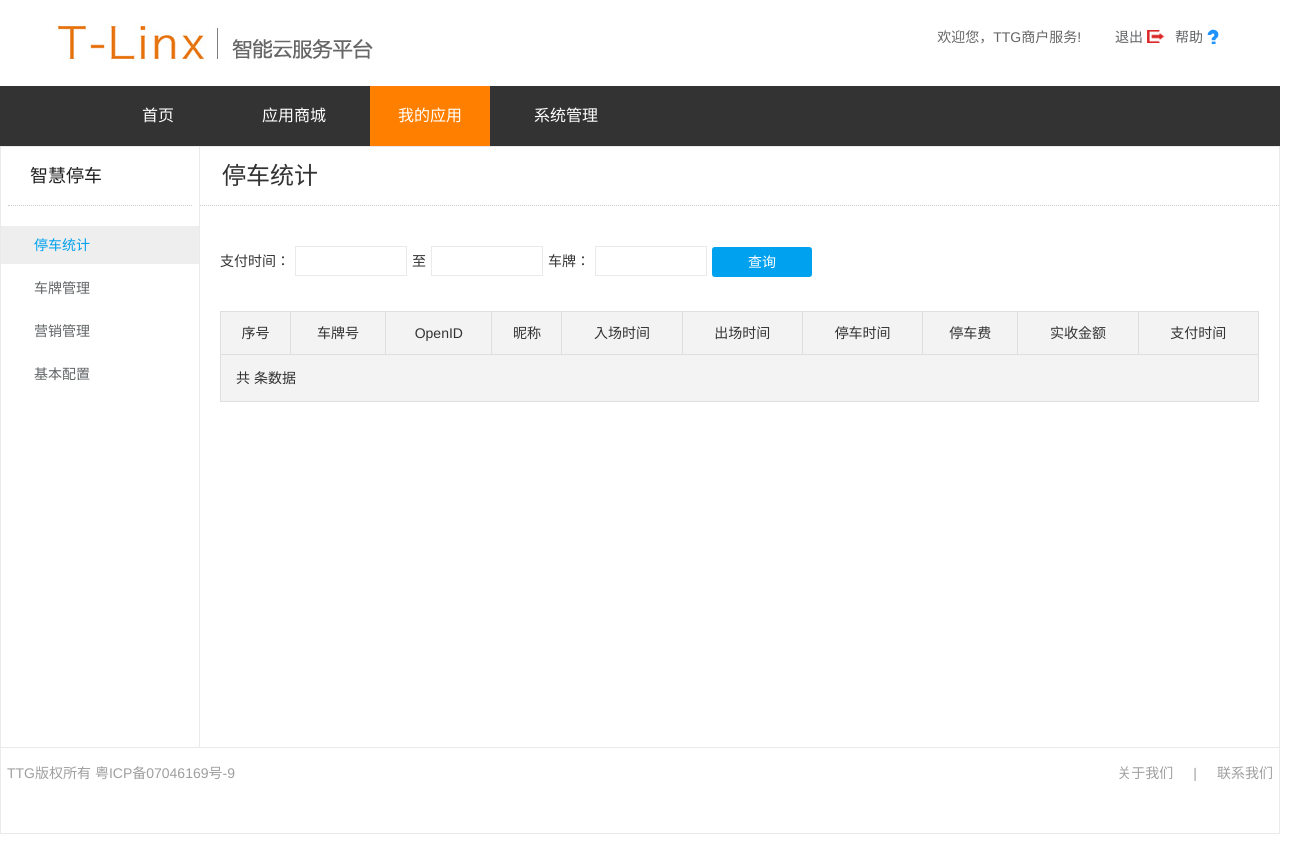
Repository: Keori/ParkCar
Page: admin/商户云/智慧停车/ParkComputed.html
An editor plug-in stored every save of this project. The page is shown before and after the next save, followed by the edit.
The browser window is 1280 px wide. The page is 1293 px wide, so the pictures cover 1293 px, including what lies to the right of the window. The pictures show the whole page.
The page's requests for data from a server got no answer.

Above is the page before, as saved 2018-12-24 11:52:16.

### admin/商户云/智慧停车/ParkComputed.html
<!DOCTYPE html>
<html lang="en">
<head>
    <meta charset="utf-8">
    <meta name="viewport" content="initial-scale=1.0,width=device-width" />
    <meta name="keywords" content="" />
    <meta name="description" content="" />
    <title>会员卡</title>
    <link href="../css/reset.css" type="text/css" rel="stylesheet"/>
    <link href="../css/layout.css" type="text/css" rel="stylesheet"/>
    <link href="../laydate/laydate.css" type="text/css" rel="stylesheet"/>
    <script type="text/javascript" src="../js/jquery-3.1.1.min.js"></script>
    <script type="text/javascript" src="../js/vue.js"></script>
</head>
<body>
<header class="header index_header">
    <div class="top w1170">
        <div class="logo"><i></i><img src="../images/logo.jpg" alt=""/></div>
        <div class="top_right">欢迎您，TTG商户服务! <span class="icon out_icon"><a href="">退出<code></code></a></span><span class="icon help_icon"><a href="">帮助<code></code></a></span></div>
    </div>

    <menu class="menu">
        <div class="w1170">
            <ul>
                <li><a href="">首页</a></li>
                <li><a href="">应用商城</a></li>
                <li class="on"><a href="">我的应用</a></li>
                <li><a href="">系统管理</a></li>
            </ul>
        </div>
    </menu>
</header>
<section id="content" class="content content1170">
    <aside class="left_con">
        <div class="left_con_tit borderb">智慧停车</div>

        <ul>
            <li class="on"><a href="">停车统计</a></li>
            <li><a href="ParkManage.html">车牌管理</a></li>
            <li>
                <h1><a class='pagetitle' href="javascript:;" @click='ManageType'>营销管理</a><i></i></a>
                <div class='secondary' v-show='type'>
                    <h2 :class="{active:changeGray===1}" @click='change(1)'>
                        <a class='nextselect' href="Manage.html">
                            <span class='blockText'>模板类型</span>
                        </a>
                    </h2>
                    <h2 :class="{active:changeGray===2}" @click='change(2)'>
                        <a class='nextselect' href="Manage2.html">
                            <span class='blockText'>广告类型</span>
                        </a>
                    </h2>
                </div>
            </li>
            <li><a href="Basic.html">基本配置</a></li>
        </ul>
    </aside>
    <section id="boxRight" class="boxRight">
        <div class="boxRight_tit f1 borderb">停车统计</div>
        <article class="boxRightCon">
            <div class="CommonInput viplist_formlist viplist_formlist_1">
                <ul>
                    <li>
                        <span class="name">支付时间：</span><input id='timeData' name="text" type="text" style="width:100px;" onclick="laydate()"/>
                    </li>
                    <li>
                        <span class="name">至</span><input id='timeData1' name="text" type="text" style="width:100px;" onclick="laydate()"/>
                    </li>
                    <li>
                        <span class="name">车牌：</span><input v-model='filterSearch.plateNo' name="text" type="text" style="width:100px;"/>
                    </li>
                    <li>
                        <div class="org_btn"><a @click='Search'>查询</a></div>
                    </li>
                </ul>
            </div>
            <table width="100%" cellpadding="0" cellspacing="0" border="0" class="commonTable commonTable4">
                <tr>
                    <th>序号</th>
                    <th>车牌号</th>
                    <th>OpenID</th>
                    <th>昵称</th>
                    <th>入场时间</th>
                    <th>出场时间</th>
                    <th>停车时间</th>
                    <th>停车费</th>
                    <th>实收金额</th>
                    <th>支付时间</th>
                </tr>
                <tr v-for='(item,index) in Park' v-show='index<6'>
                    <td>{{index+1}}</td>
                    <td>{{item.plateNo}}</td>
                    <td>{{item.OpenId}}</td>
                    <td>{{item.nickName}}</td>
                    <td>{{item.entryTime}}</td>
                    <td>{{item.payTime}}</td>
                    <td>{{item.elapsedTime}}</td>
                    <td>{{item.payable}}</td>
                    <td class="red">{{item.OfficialMoney}}</td>
                    <td>{{item.payTime}}</td>
                </tr>
            </table>
            <div class="bg_f3 page">共 {{pages.pageSize}} 条数据
            </div>
        </article>
    </section>
    <footer class="footer">
        <div class="w1000">
            <p class="footer_a fl">TTG版权所有   粤ICP备07046169号-9</p>
            <p class="footer_b fr"><a href="">关于我们</a>|<a href="">联系我们</a></p>
        </div>
    </footer>
</section>
<script  type="text/javascript">
    new Vue({
        el: '#content',
        data(){
            return{
                current: 0, //当前页
                pageSize: 6, //每条页数
                showItem:5, //每条总数
                allpage:13, //总页数
                type: false,
                changeGray: '',
                filterSearch:{
                    plateNo: '',
                    payTimeStart: '',
                    payTimeEnd: ''
                },
                Park: [],
                pages:{},
            }
        },
        computed:{
            items(){
                // const c = this.pages.currPage
                // const t = this.pages.totalPage
                // if(c){
                //     return [1,2,3,4,5]
                // }else if(c >=6){
                //     return ['···',c-1,c,c+1,'···',t]
                // }else{
                //     return [1,2,3,4,5,'···',t]
                // }
            }
        },
        methods:{
            Search(){
                this.filterSearch.payTimeStart = $('#timeData').val()
                this.filterSearch.payTimeEnd = $('#timeData1').val()
                let params =
                    this.filterSearch,
                    currPage = this.current,
                    pageSize = this.pageSize,
                    totalPage = this.allpage,
                    totalCount = this.showItem
                    ;
                console.log(this.filterSearch);
                $.ajax({
                url: 'http://q214e81040.iask.in:32642/merchant/car/paylist',
                type: 'get',
                data: params,
                statusCode:{
                    404:function(){
                        alert('网络错误')
                    }
                },
                success:(params) => {
                    this.Park = params.page.list
                    this.pages = params.page
                    console.log(this.pages);
                    console.log(this.Park)
                }
            })
            },
            ManageType(){
                if(this.type === false){
                    this.type = true
                }else{
                    this.type = false
                }
            },
            change(num){
                this.changeGray = num
            },
            goto(index){
                if(index == this.current) return;
                this.current = index;
            }
        },
        created(){
            this.Search()
        }
    })
</script>
</body>
<script src="../laydate/laydate.js"></script>
<script>
</script>
<style>
.pagetitle,.nextselect{
    font-weight: normal;
}
.nextselect{
    font-size: 14px;
}
.active{
    background: #EEEEEE
}
.blockText{
    display: block;
    width: 130px;
    height: 37.6px;
    margin: auto;
}
.active{
    background: #34495e !important;
    border-color: #34495e;
    color: #fff;
}
</style>
</html>

### admin/商户云/laydate/laydate.css
/**

 @Name： laydate皮肤：默认
 @Author：贤心
 @Site：http://sentsin.com/layui/laydate

**/

.laydate-icon{border:1px solid #C6C6C6; background-image:url(icon.png)}

.laydate_body .laydate_box,
.laydate_body .laydate_ym,
.laydate_body .laydate_ym .laydate_yms,
.laydate_body .laydate_table,
.laydate_body .laydate_table td,
.laydate_body .laydate_bottom #laydate_hms,
.laydate_body .laydate_time,
.laydate_body .laydate_bottom .laydate_btn a{border:1px solid #ccc;}

.laydate_body .laydate_y .laydate_yms a,
.laydate_body .laydate_choose,
.laydate_body .laydate_table thead,
.laydate_body .laydate_bottom .laydte_hsmtex{background-color:#F6F6F6;}

.laydate_body .laydate_box,
.laydate_body .laydate_ym .laydate_yms,
.laydate_body .laydate_time{box-shadow: 2px 2px 5px rgba(0,0,0,.1);}

.laydate_body .laydate_box{border-top:none; border-bottom:none; background-color:#fff; color:#333;}
.laydate_body .laydate_box input{color:#333;}
.laydate_body .laydate_box .laydate_void{color:#ccc!important; /*text-decoration:line-through;*/}
.laydate_body .laydate_box .laydate_void:hover{background-color:#fff!important}
.laydate_body .laydate_box a, .laydate_body .laydate_box a:hover{color:#333;}
.laydate_body .laydate_box a:hover{color:#666;}
.laydate_body .laydate_click{background-color:#eee!important;}
.laydate_body .laydate_top{border-top:1px solid #C6C6C6;}
.laydate_body .laydate_ym .laydate_yms{border:1px solid #C6C6C6; background-color:#fff;}
.laydate_body .laydate_y .laydate_yms a{border-bottom:1px solid #C6C6C6;}
.laydate_body .laydate_y .laydate_yms .laydate_chdown{border-top:1px solid #C6C6C6; border-bottom:none;}
.laydate_body .laydate_choose{border-left:1px solid #C6C6C6;}
.laydate_body .laydate_chprev{border-left:none; border-right:1px solid #C6C6C6;}
.laydate_body .laydate_choose:hover,
.laydate_body .laydate_y .laydate_yms a:hover{background-color:#fff;}
.laydate_body .laydate_chtop cite{border-bottom-color:#666;}
.laydate_body .laydate_chdown cite, .laydate_body .laydate_ym label{border-top-color:#666;}
.laydate_body .laydate_chprev cite{border-right-style:solid; border-right-color:#666;}
.laydate_body .laydate_chnext cite{border-left-style:solid; border-left-color:#666;}
.laydate_body .laydate_table td{border:none;  height:21px!important; line-height:21px!important; background-color:#fff;}
.laydate_body .laydate_table .laydate_nothis{color:#999;}
.laydate_body .laydate_table thead{height:21px!important; line-height:21px!important;}
.laydate_body .laydate_table thead th{border-bottom:1px solid #ccc;}
.laydate_body .laydate_bottom{border-bottom:1px solid #C6C6C6;}
.laydate_body .laydate_bottom #laydate_hms{background-color:#fff;}
.laydate_body .laydate_time{background-color:#fff;}
.laydate_body .laydate_bottom .laydate_sj{border-right:1px solid #C6C6C6; background-color:#F6F6F6;}
.laydate_body .laydate_bottom input{background-color:#fff;}
.laydate_body .laydate_bottom .laydte_hsmtex{border-bottom:1px solid #C6C6C6;}
.laydate_body .laydate_bottom .laydate_btn{border-right:1px solid #C6C6C6;}
.laydate_body .laydate_bottom .laydate_v{color:#999}
.laydate_body .laydate_bottom .laydate_btn a{border-right:none; background-color:#F6F6F6;}
.laydate_body .laydate_bottom .laydate_btn a:hover{color:#000; background-color:#fff;}

.laydate_body .laydate_m .laydate_yms span:hover,
.laydate_body .laydate_y .laydate_yms ul li:hover,
.laydate_body .laydate_table td:hover,
.laydate_body .laydate_time .laydate_hmsno span:hover{background-color:#F3F3F3}

### admin/商户云/laydate/need/laydate.css
/**

 @Name： laydate 核心样式
 @Author：贤心
 @Site：http://sentsin.com/layui/laydate

**/

html{_background-image:url(about:blank); _background-attachment:fixed;}
.laydate_body .laydate_box, .laydate_body .laydate_box *{margin:0; padding:0;}
.laydate-icon,
.laydate-icon-default,
.laydate-icon-danlan,
.laydate-icon-dahong,
.laydate-icon-molv{height:22px; line-height:22px; padding-right:20px; border:1px solid #C6C6C6; background-repeat:no-repeat; background-position:right center;  background-color:#fff; outline:0;}
.laydate-icon-default{ background-image:url(../skins/default/icon.png)}
.laydate-icon-danlan{border:1px solid #B1D2EC; background-image:url(../skins/danlan/icon.png)}
.laydate-icon-dahong{background-image:url(../skins/dahong/icon.png)}
.laydate-icon-molv{background-image:url(../skins/molv/icon.png)}
.laydate_body .laydate_box{width:240px; font:12px '\5B8B\4F53'; z-index:99999999; *margin:-2px 0 0 -2px; *overflow:hidden; _margin:0; _position:absolute!important; background-color:#fff;}
.laydate_body .laydate_box li{list-style:none;}
.laydate_body .laydate_box .laydate_void{cursor:text!important;}
.laydate_body .laydate_box a, .laydate_body .laydate_box a:hover{text-decoration:none; blr:expression(this.onFocus=this.blur()); cursor:pointer;}
.laydate_body .laydate_box a:hover{text-decoration:none;}
.laydate_body .laydate_box cite, .laydate_body .laydate_box label{position:absolute; width:0; height:0; border-width:5px; border-style:dashed; border-color:transparent; overflow:hidden; cursor:pointer;}
.laydate_body .laydate_box .laydate_yms, .laydate_body .laydate_box .laydate_time{display:none;}
.laydate_body .laydate_box .laydate_show{display:block;}
.laydate_body .laydate_box input{outline:0; font-size:14px; background-color:#fff;}
.laydate_body .laydate_top{position:relative; height:26px; padding:5px; *width:100%; z-index:99;}
.laydate_body .laydate_ym{position:relative; float:left; height:24px; cursor:pointer;}
.laydate_body .laydate_ym input{float:left; height:24px; line-height:24px; text-align:center; border:none; cursor:pointer;}
.laydate_body .laydate_ym .laydate_yms{position:absolute; left: -1px; top: 24px; height:181px;}
.laydate_body .laydate_y{width:121px; margin-right:6px;}
.laydate_body .laydate_y input{width:64px; margin-right:15px;}
.laydate_body .laydate_y .laydate_yms{width:121px; text-align:center;}
.laydate_body .laydate_y .laydate_yms a{position:relative; display:block; height:20px;}
.laydate_body .laydate_y .laydate_yms ul{height:139px; padding:0; *overflow:hidden;}
.laydate_body .laydate_y .laydate_yms ul li{float:left; width:60px; height:20px; line-height: 20px; text-overflow: ellipsis; overflow: hidden; white-space: nowrap;}
.laydate_body .laydate_m{width:99px;}
.laydate_body .laydate_m .laydate_yms{width:99px; padding:0;}
.laydate_body .laydate_m input{width:42px; margin-right:15px;}
.laydate_body .laydate_m .laydate_yms span{display:block; float:left; width:42px; margin: 5px 0 0 5px; line-height:24px; text-align:center; _display:inline;}
.laydate_body .laydate_choose{display:block; float:left; position:relative; width:20px; height:24px;}
.laydate_body .laydate_choose cite, .laydate_body .laydate_tab cite{left:50%; top:50%;}
.laydate_body .laydate_chtop cite{margin:-7px 0 0 -5px; border-bottom-style:solid;}
.laydate_body .laydate_chdown cite, .laydate_body .laydate_ym label{top:50%; margin:-2px 0 0 -5px; border-top-style:solid;}
.laydate_body .laydate_chprev cite{margin:-5px 0 0 -7px;}
.laydate_body .laydate_chnext cite{margin:-5px 0 0 -2px;}
.laydate_body .laydate_ym label{right:28px;}
.laydate_body .laydate_table{ width:230px; margin:0 5px; border-collapse:collapse; border-spacing:0px; }
.laydate_body .laydate_table td{width:31px; height:19px; line-height:19px; text-align: center; cursor:pointer; font-size: 12px;}
.laydate_body .laydate_table thead{height:22px; line-height:22px;}
.laydate_body .laydate_table thead th{font-weight:400; font-size:12px; text-align:center;}
.laydate_body .laydate_bottom{position:relative; height:22px; line-height:20px; padding:5px; font-size:12px;}
.laydate_body .laydate_bottom #laydate_hms{position: relative; z-index: 1; float:left; }
.laydate_body .laydate_time{ position:absolute; left:5px; bottom: 26px; width:129px; height:125px; *overflow:hidden;}
.laydate_body .laydate_time .laydate_hmsno{ padding:5px 0 0 5px;}
.laydate_body .laydate_time .laydate_hmsno span{display:block; float:left; width:24px; height:19px; line-height:19px; text-align:center; cursor:pointer; *margin-bottom:-5px;}
.laydate_body .laydate_time1{width:228px; height:154px;}
.laydate_body .laydate_time1 .laydate_hmsno{padding: 6px 0 0 8px;}
.laydate_body .laydate_time1 .laydate_hmsno span{width:21px; height:20px; line-height:20px;}
.laydate_body .laydate_msg{left:49px; bottom:67px; width:141px; height:auto; overflow: hidden;}
.laydate_body .laydate_msg p{padding:5px 10px;}
.laydate_body .laydate_bottom li{float:left; height:20px; line-height:20px; border-right:none; font-weight:900;}
.laydate_body .laydate_bottom .laydate_sj{width:33px; text-align:center; font-weight:400;}
.laydate_body .laydate_bottom input{float:left; width:21px; height:20px; line-height:20px; border:none; text-align:center; cursor:pointer; font-size:12px;  font-weight:400;}
.laydate_body .laydate_bottom .laydte_hsmtex{height:20px; line-height:20px; text-align:center;}
.laydate_body .laydate_bottom .laydte_hsmtex span{position:absolute; width:20px; top:0; right:0px; cursor:pointer;}
.laydate_body .laydate_bottom .laydte_hsmtex span:hover{font-size:14px;}
.laydate_body .laydate_bottom .laydate_btn{position:absolute; right:5px; top:5px;}
.laydate_body .laydate_bottom .laydate_btn a{float:left; height:20px; padding:0 6px; _padding:0 5px;}
.laydate_body .laydate_bottom .laydate_v{position:absolute; left:10px; top:6px; font-family:Courier; z-index:0;}

### admin/商户云/laydate/skins/default/laydate.css
/**

 @Name： laydate皮肤：默认
 @Author：贤心
 @Site：http://sentsin.com/layui/laydate

**/

.laydate-icon{border:1px solid #C6C6C6; background-image:url(icon.png)}

.laydate_body .laydate_box,
.laydate_body .laydate_ym,
.laydate_body .laydate_ym .laydate_yms,
.laydate_body .laydate_table,
.laydate_body .laydate_table td,
.laydate_body .laydate_bottom #laydate_hms,
.laydate_body .laydate_time,
.laydate_body .laydate_bottom .laydate_btn a{border:1px solid #ccc;}

.laydate_body .laydate_y .laydate_yms a,
.laydate_body .laydate_choose,
.laydate_body .laydate_table thead,
.laydate_body .laydate_bottom .laydte_hsmtex{background-color:#F6F6F6;}

.laydate_body .laydate_box,
.laydate_body .laydate_ym .laydate_yms,
.laydate_body .laydate_time{box-shadow: 2px 2px 5px rgba(0,0,0,.1);}

.laydate_body .laydate_box{border-top:none; border-bottom:none; background-color:#fff; color:#333;}
.laydate_body .laydate_box input{color:#333;}
.laydate_body .laydate_box .laydate_void{color:#ccc!important; /*text-decoration:line-through;*/}
.laydate_body .laydate_box .laydate_void:hover{background-color:#fff!important}
.laydate_body .laydate_box a, .laydate_body .laydate_box a:hover{color:#333;}
.laydate_body .laydate_box a:hover{color:#666;}
.laydate_body .laydate_click{background-color:#eee!important;}
.laydate_body .laydate_top{border-top:1px solid #C6C6C6;}
.laydate_body .laydate_ym .laydate_yms{border:1px solid #C6C6C6; background-color:#fff;}
.laydate_body .laydate_y .laydate_yms a{border-bottom:1px solid #C6C6C6;}
.laydate_body .laydate_y .laydate_yms .laydate_chdown{border-top:1px solid #C6C6C6; border-bottom:none;}
.laydate_body .laydate_choose{border-left:1px solid #C6C6C6;}
.laydate_body .laydate_chprev{border-left:none; border-right:1px solid #C6C6C6;}
.laydate_body .laydate_choose:hover,
.laydate_body .laydate_y .laydate_yms a:hover{background-color:#fff;}
.laydate_body .laydate_chtop cite{border-bottom-color:#666;}
.laydate_body .laydate_chdown cite, .laydate_body .laydate_ym label{border-top-color:#666;}
.laydate_body .laydate_chprev cite{border-right-style:solid; border-right-color:#666;}
.laydate_body .laydate_chnext cite{border-left-style:solid; border-left-color:#666;}
.laydate_body .laydate_table td{border:none;  height:21px!important; line-height:21px!important; background-color:#fff;}
.laydate_body .laydate_table .laydate_nothis{color:#999;}
.laydate_body .laydate_table thead{height:21px!important; line-height:21px!important;}
.laydate_body .laydate_table thead th{border-bottom:1px solid #ccc;}
.laydate_body .laydate_bottom{border-bottom:1px solid #C6C6C6;}
.laydate_body .laydate_bottom #laydate_hms{background-color:#fff;}
.laydate_body .laydate_time{background-color:#fff;}
.laydate_body .laydate_bottom .laydate_sj{border-right:1px solid #C6C6C6; background-color:#F6F6F6;}
.laydate_body .laydate_bottom input{background-color:#fff;}
.laydate_body .laydate_bottom .laydte_hsmtex{border-bottom:1px solid #C6C6C6;}
.laydate_body .laydate_bottom .laydate_btn{border-right:1px solid #C6C6C6;}
.laydate_body .laydate_bottom .laydate_v{color:#999}
.laydate_body .laydate_bottom .laydate_btn a{border-right:none; background-color:#F6F6F6;}
.laydate_body .laydate_bottom .laydate_btn a:hover{color:#000; background-color:#fff;}

.laydate_body .laydate_m .laydate_yms span:hover,
.laydate_body .laydate_y .laydate_yms ul li:hover,
.laydate_body .laydate_table td:hover,
.laydate_body .laydate_time .laydate_hmsno span:hover{background-color:#F3F3F3}

Loaded but not shown: admin/商户云/js/jquery-3.1.1.min.js (library); admin/商户云/js/vue.js (library); admin/商户云/laydate/laydate.js (library); admin/商户云/css/layout.css (845 lines, source omitted); admin/商户云/css/reset.css (322 lines, source omitted)

After the next save:
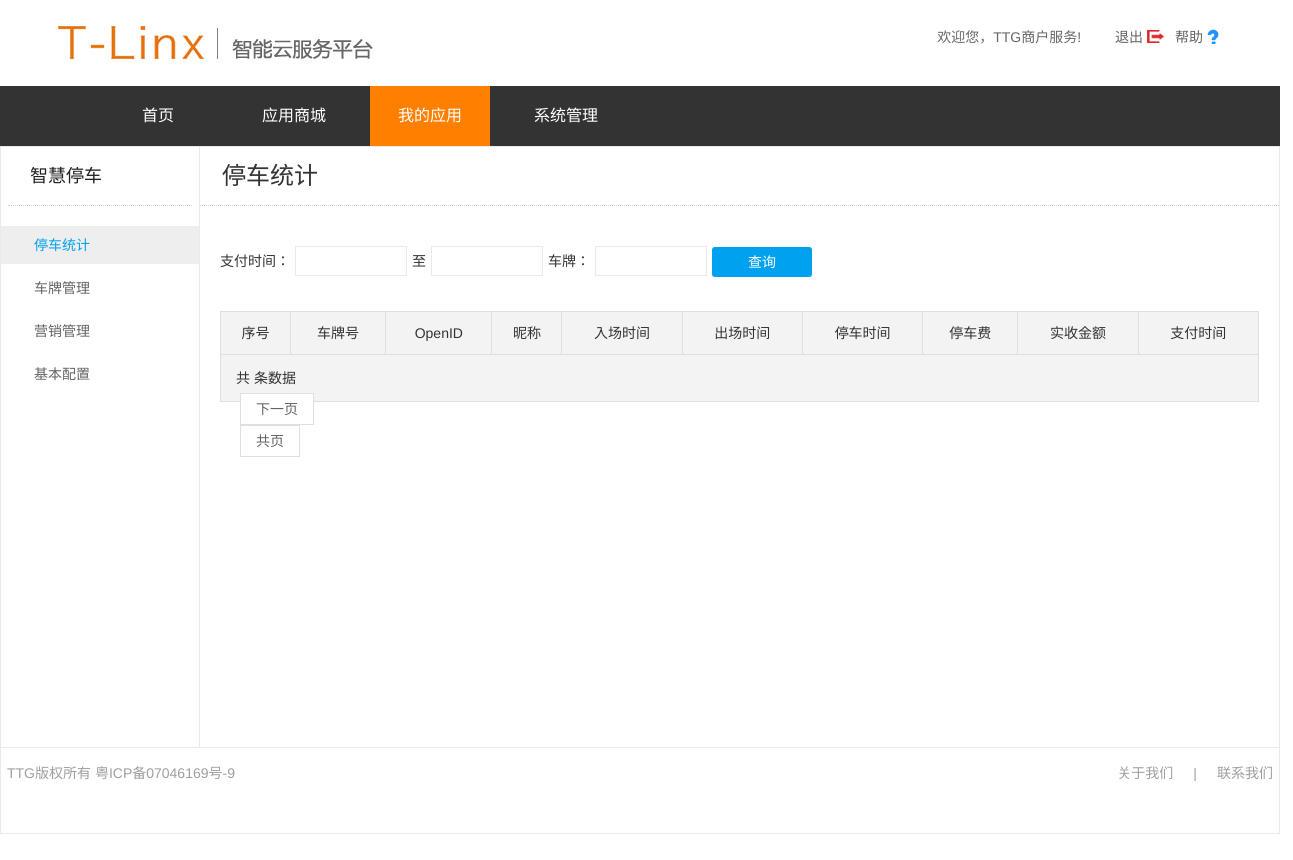
Saved 47 s later.
--- a/admin/商户云/智慧停车/ParkComputed.html
+++ b/admin/商户云/智慧停车/ParkComputed.html
@@ -101,6 +101,16 @@
                 </tr>
             </table>
             <div class="bg_f3 page">共 {{pages.pageSize}} 条数据
+                <ul>
+                    <li v-if="cur>1"><a v-on:click="cur--,pageClick()">上一页</a></li>
+                    <li v-if="cur==1"><a class="banclick">上一页</a></li>
+                    <li v-for="index in indexs" v-bind:class="{ 'active': cur == index}">
+                        <a v-on:click="btnClick(index)">{{ index }}</a>
+                    </li>
+                    <li v-if="cur!=all"><a v-on:click="cur++,pageClick()">下一页</a></li>
+                    <li v-if="cur == all"><a class="banclick">下一页</a></li>
+                    <li><a>共<i>{{all}}</i>页</a></li>
+                </ul>
             </div>
         </article>
     </section>
